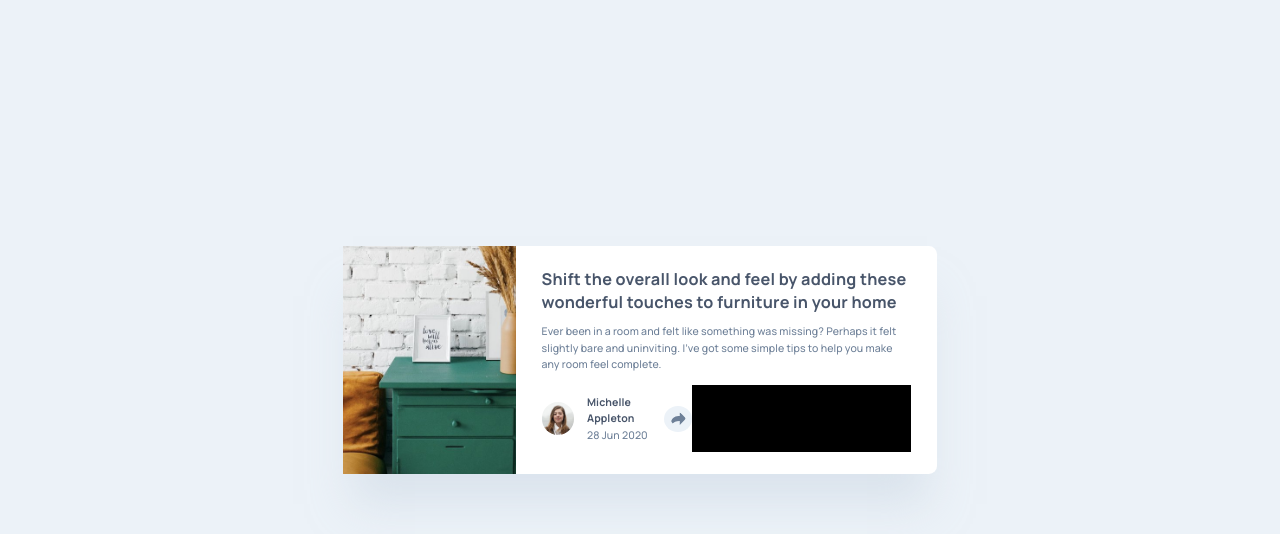
Repository: brandontaylor1/article-preview-component
Page: index.html
An editor plug-in stored every save of this project. The page is shown before and after the next save, followed by the edit.
The browser window is 1280 px wide. The pictures show the whole page.

Above is the page before, as saved 2025-01-15 16:00:03.

After the next save:
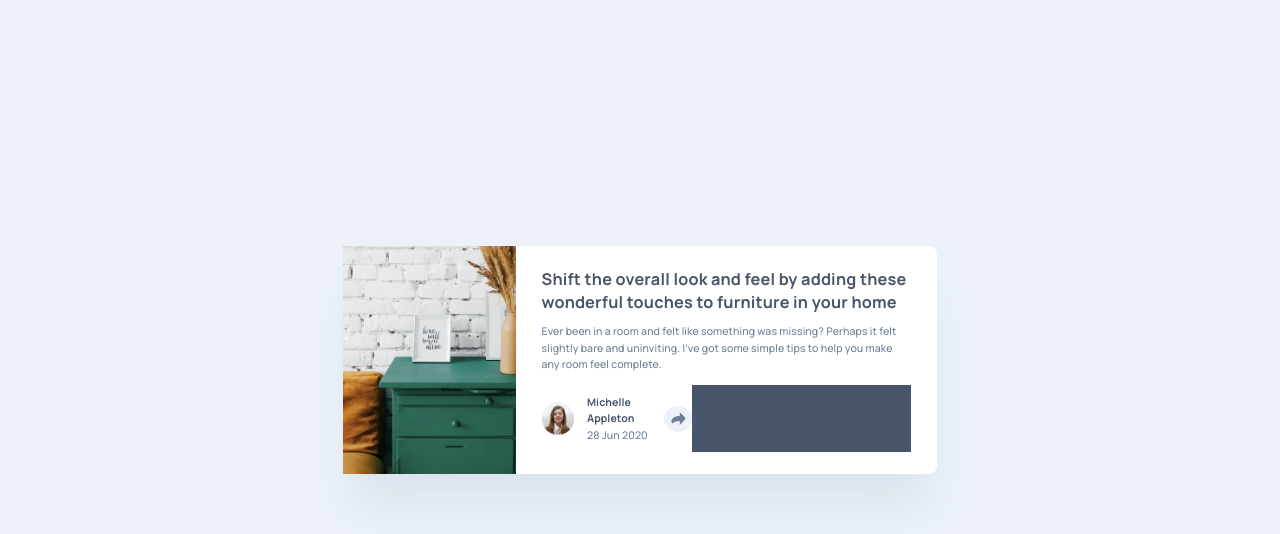
Saved 47 s later.
--- a/styles.css
+++ b/styles.css
@@ -147,7 +147,7 @@ body {
 .share-box {
     height: 67px;
     width: 248px;
-    background-color: black;
+    background-color: #48556A;
 
 }
 
